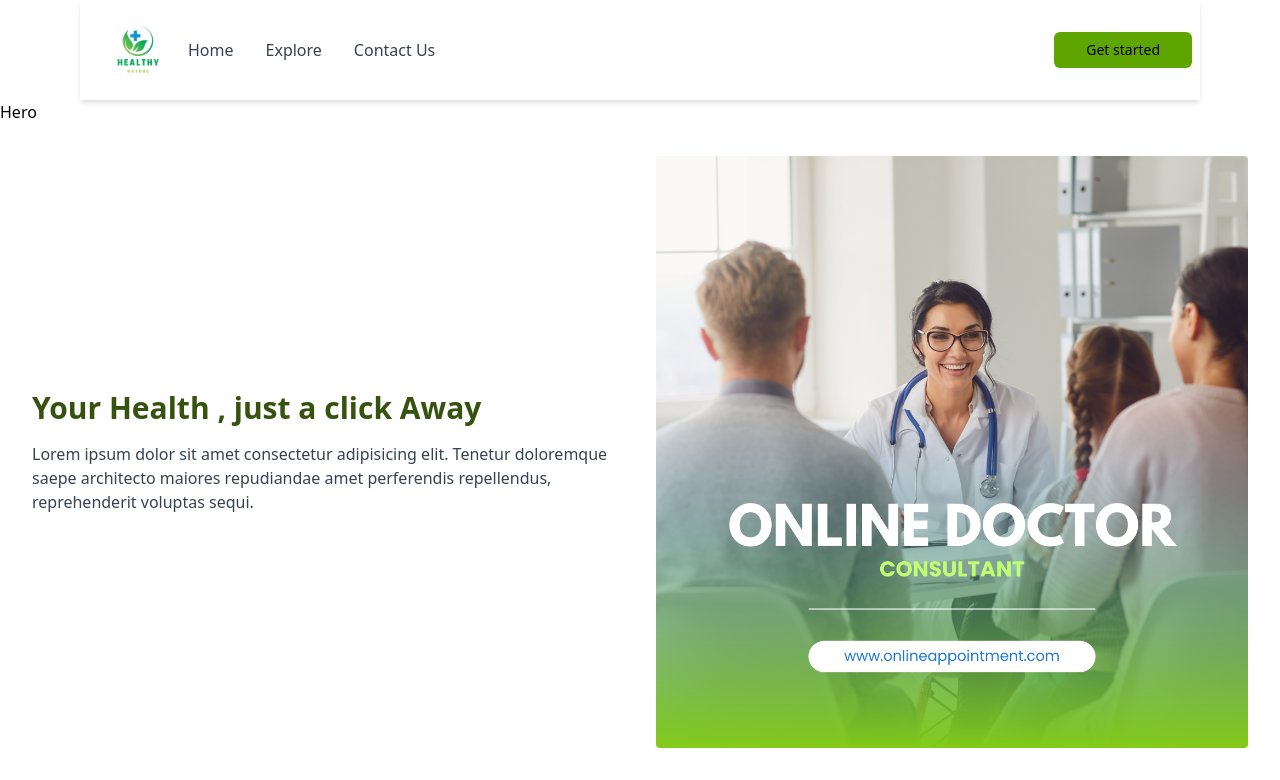
Repository: Muyassar-Mamdoh-Salem/appooinetment_app_frontend
Page: /
The author's editor kept a copy of each file at every save. The page is drawn from the files as they stood at one save, then again after the next save.
The browser window is 1280 px wide. The pictures show the whole page.
The project was rebuilt for these pictures with package versions that can differ from the ones it lists, and the page was loaded fresh each time. The framework's server and built-in components were replaced by stand-ins that run in the browser. Also part of the build but not shown: next.config.mjs.

Above is the page before, as saved 2025-07-03 15:20:41.

After the next save:
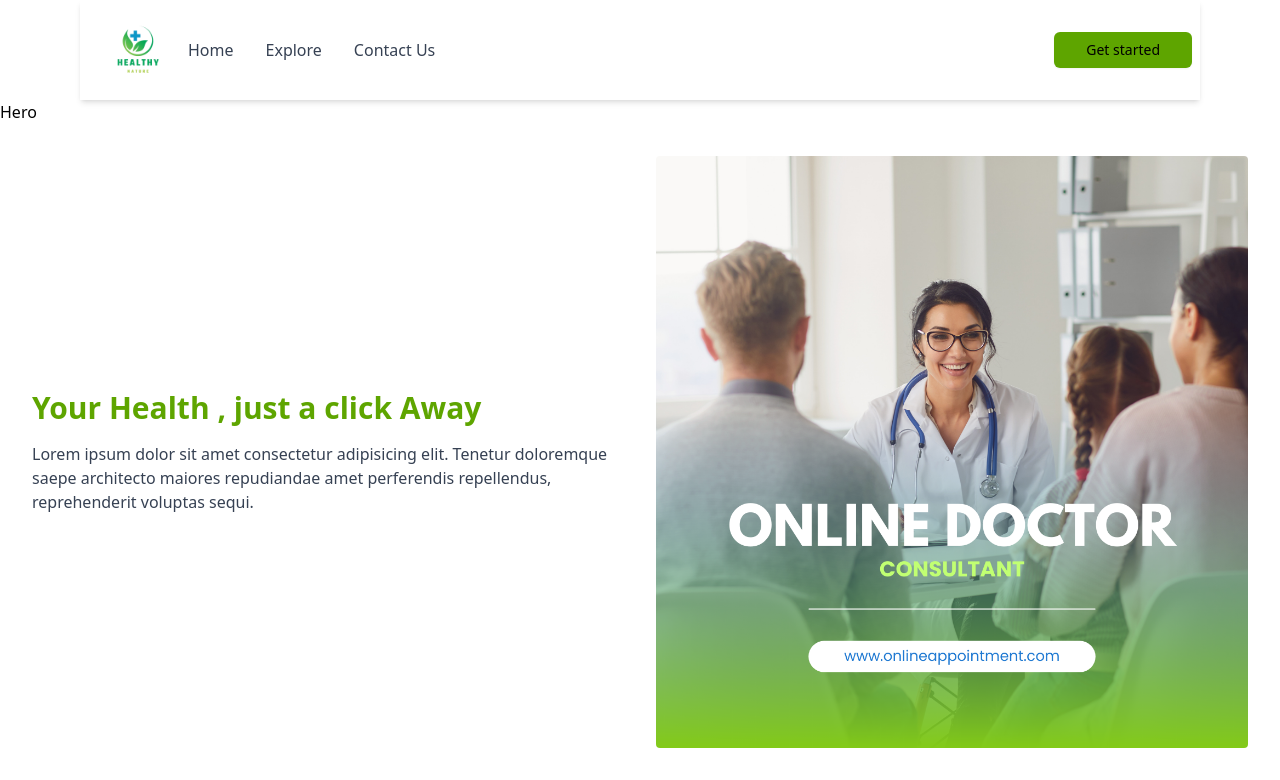
Saved 5 s later.
--- a/app/_compnents/Hero.jsx
+++ b/app/_compnents/Hero.jsx
@@ -8,7 +8,7 @@ function Hero() {
     <div className="grid grid-cols-1 gap-4 md:grid-cols-2 md:items-center md:gap-8">
       <div>
         <div className="max-w-lg md:max-w-none">
-          <h2 className="text-2xl font-semibold text-lime-900 sm:text-3xl">
+          <h2 className="text-2xl font-semibold text-lime-600 sm:text-3xl">
           Your Health , just a click Away
           </h2>
 
